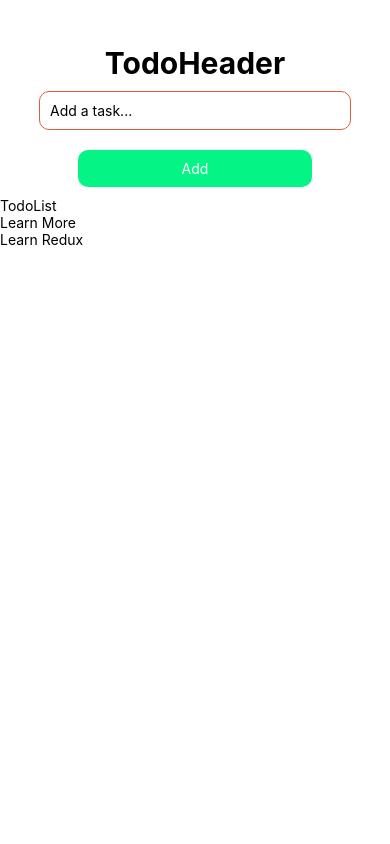
Repository: itadori17/Redux-Todo
Screen: /
An editor plug-in stored every save of this project. The screen is shown before and after a run of saves, followed by the edit.
The app was drawn by React Native's web renderer in a window 390 px wide. The project was rebuilt for these pictures with package versions that can differ from the ones it lists, and the page was loaded fresh each time.

Above is the screen before, as saved 2022-08-16 16:45:18.

### App.js
import { StatusBar } from 'expo-status-bar';
import { StyleSheet, Text, View, SafeAreaView } from 'react-native';

//importing Todo
import TodoHeader from './src/components/TodoHeader';
//importing Todolist
import TodoList from './src/components/TodoList';
export default function App() {

  const RootApp = () => {
    return (
      <SafeAreaView>
        <TodoHeader/>
        <TodoList/>
      </SafeAreaView>
    );
  };

  return (
    <View>
      <RootApp/>
    </View>
  );
}

### src/components/TodoHeader.js
import { StyleSheet, Text, TextInput, TouchableOpacity, View } from 'react-native';
import React, {useState} from 'react';

const TodoHeader = () => {

    const [todo, setTodo] = useState('');

    return (
        <View>
            <Text style={{
                fontSize: 30,
                fontWeight: 'bold',
                textAlign: 'center',
                marginTop: 45,
            }}
            >
             TodoHeader
                </Text>
                <View
                    style={{
                        justifyContent: 'center',
                        alignItems: 'center',
                    }}
                >
                <TextInput
                    style={{
                        borderColor: '#DE603A',
                        borderWidth: 1,
                        padding: 10,
                        margin: 10,
                        width: '80%',
                        borderRadius: 10,
                    }}
                    placeholder="Add a task..."
                    onChangeText={(text) => setTodo(text)}
                    value={todo}
                />
                <TouchableOpacity
                style={{
                    backgroundColor: '#04F585',
                    padding: 10,
                    margin: 10,
                    width: '60%',
                    borderRadius: 10,
                    alignItems: 'center',

                }}
                onPress={() => {
                    setTodo('');
                }}
                >
                    <Text style={{ color: 'white' }} >Add</Text>
                </TouchableOpacity>
                </View>
        </View>
    );
};

export default TodoHeader;

const styles = StyleSheet.create({

});

### src/components/TodoList.js
import { FlatList, StyleSheet, Text, View } from 'react-native'
import React from 'react'

const data = [
    {
        id: 1,
        title: "Learn More",
    },
    {
        id: 2,
        title: "Learn Redux",
    },

]

const renderItem = ({ item } )=> {
    return (
        <View style={styles.item}>
            <Text style={styles.title}>{item.title}</Text>\
            <Text style={styles.delete}>Delete</Text>
        </View>
    )
}

const TodoList = () => {
  return (
    <View>
      <Text>TodoList</Text>
      <FlatList
      data={data}
      renderItem={({item}) => <Text>{item.title}</Text>}
      keyExtractor={(item) => item.id.toString()}
      />

    </View>
  )
}

export default TodoList

const styles = StyleSheet.create({
    item: {
        backgroundColor: '',
        padding: 20,
        marginVertical: 8,
        marginHorizontal: 16,
    },
    title: {
        fontSize: 34,
    },
    delete: {
        fontSize: 24,
        color: 'red',
    }
})

After the next 4 saves:
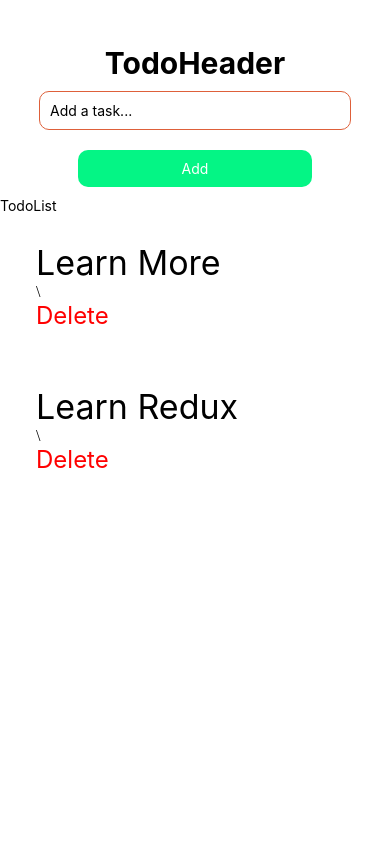
The 4 saves are shown as one change because they came seconds apart.
The last was saved 28 s later.
--- a/src/components/TodoList.js
+++ b/src/components/TodoList.js
@@ -28,7 +28,7 @@
       <Text>TodoList</Text>
       <FlatList
       data={data}
-      renderItem={({item}) => <Text>{item.title}</Text>}
+      renderItem={renderItem}
       keyExtractor={(item) => item.id.toString()}
       />
 

After the save that followed:
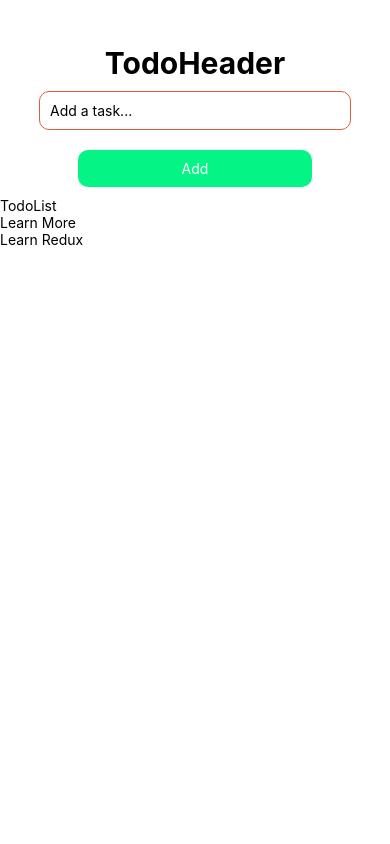
Saved 10 s later.
--- a/src/components/TodoList.js
+++ b/src/components/TodoList.js
@@ -28,7 +28,7 @@
       <Text>TodoList</Text>
       <FlatList
       data={data}
-      renderItem={renderItem}
+      renderItem={({item}) => <Text>{item.title}</Text>}
       keyExtractor={(item) => item.id.toString()}
       />
 
